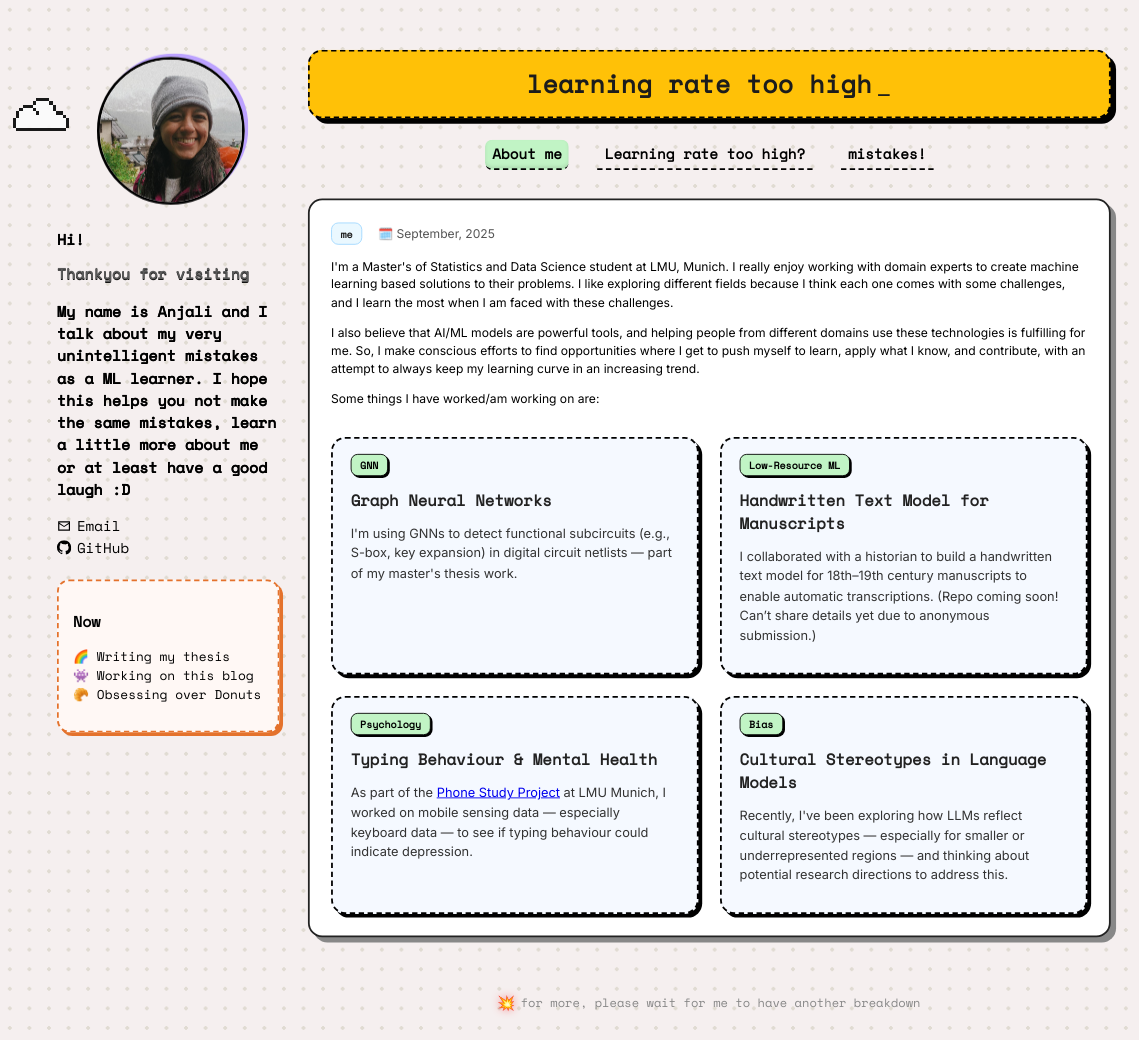
Repository: anjalisarawgi/learning_rate_too_high
Page: index.html
An editor plug-in stored every save of this project. The page is shown before and after the next save, followed by the edit.
The browser window is 1280 px wide. The pictures show the whole page, at 89% of full size.

Above is the page before, as saved 2025-11-03 18:39:14.

After the next save:
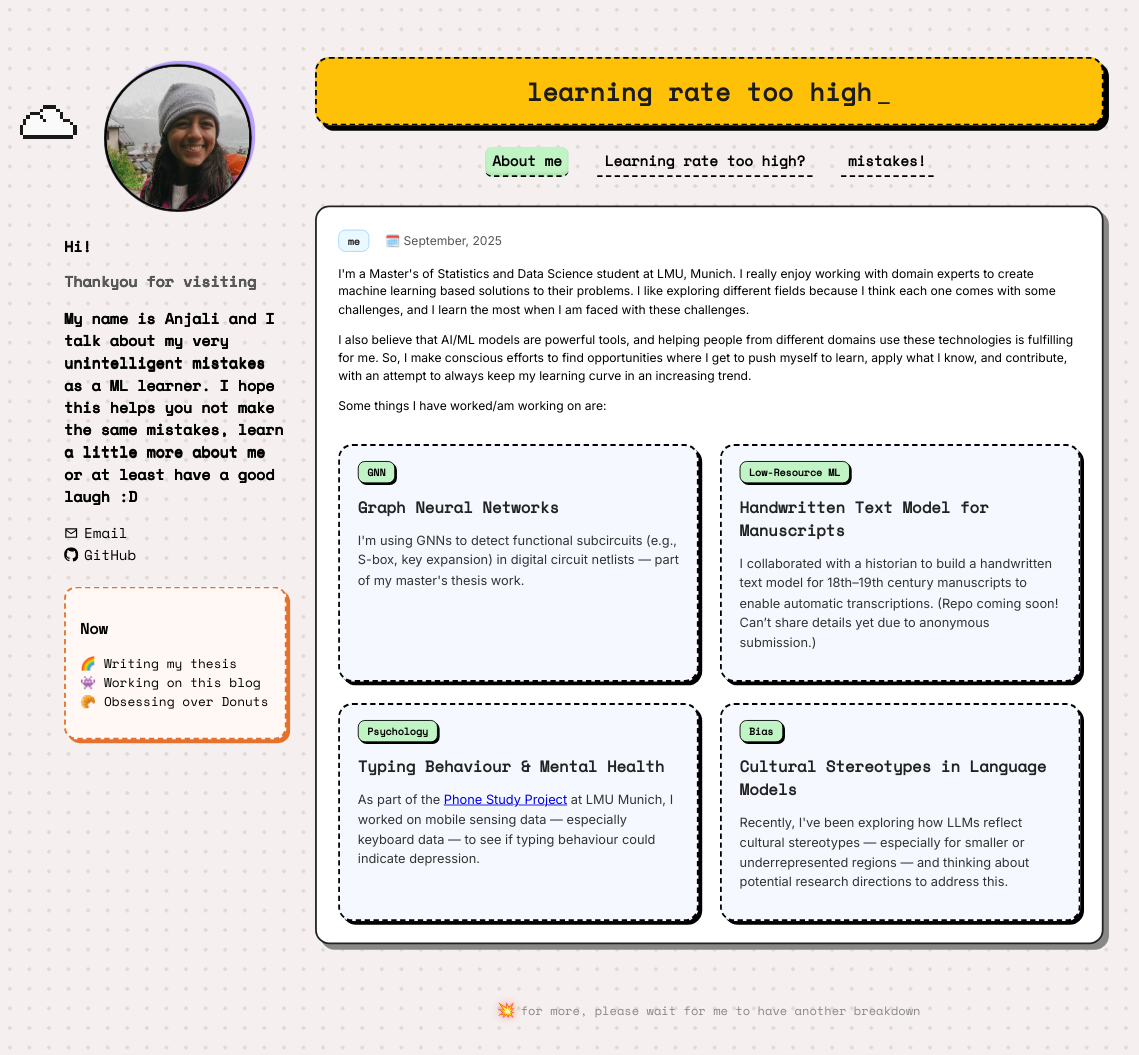
Saved 19 s later.
--- a/index.html
+++ b/index.html
@@ -14,7 +14,7 @@
   <style>
     body {
       font-family: 'Space Mono', monospace;
-      background-color: #f5efef;
+      background-color: #f5efef; # F9F6F2
       margin: 0;
       padding: 2rem;
       /* background-image: radial-gradient(#ebe9e9 2px, transparent 1px); */

After the save that followed:
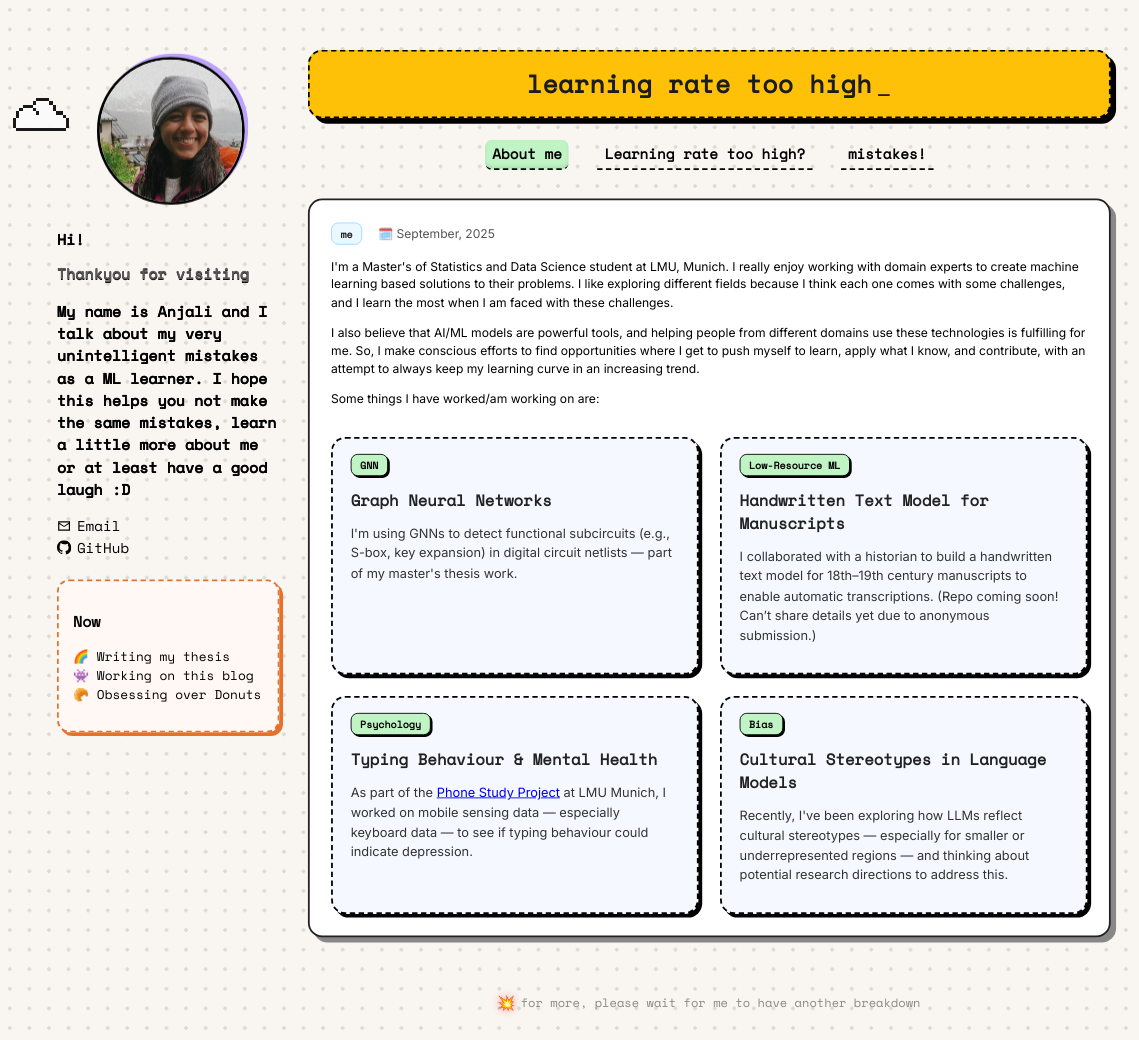
Saved 10 s later.
--- a/index.html
+++ b/index.html
@@ -14,7 +14,7 @@
   <style>
     body {
       font-family: 'Space Mono', monospace;
-      background-color: #f5efef; # F9F6F2
+      background-color: #F9F6F2;
       margin: 0;
       padding: 2rem;
       /* background-image: radial-gradient(#ebe9e9 2px, transparent 1px); */
